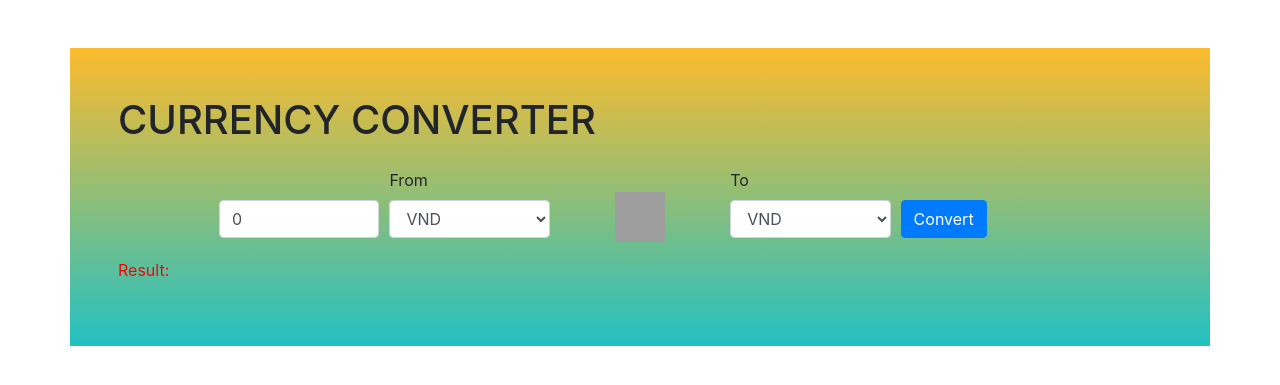
Repository: tts2610/MoneyConverter
Page: index.html
These files come from the project's save history. The page is drawn as it stood at one moment and after the next save; the edit follows.
The browser window is 1280 px wide. The pictures show the whole page.
Pictures or frames that could not be fetched are drawn as grey boxes.

Above is the page before, as saved 2020-05-11 21:03:38.

After the next save:
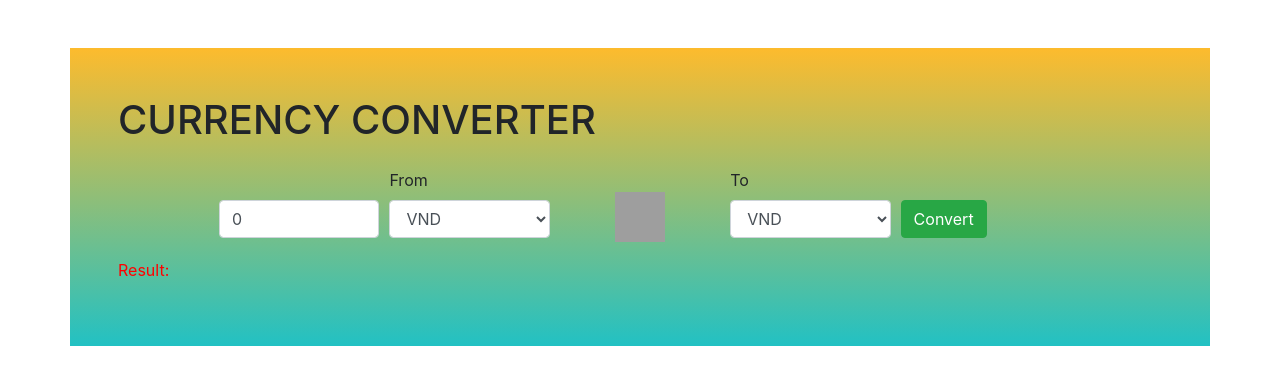
Saved 56 s later.
--- a/index.html
+++ b/index.html
@@ -44,7 +44,7 @@
 
             </div>
             <div class="col mt-5">
-                <button type="button" class="btn btn-primary mb-2" onClick="submitAmount()">Convert</button>
+                <button type="button" class="btn btn-success" onClick="submitAmount()">Convert</button>
             </div>
         </div>
         <p id="result" style="color: red;">Result:</p>
